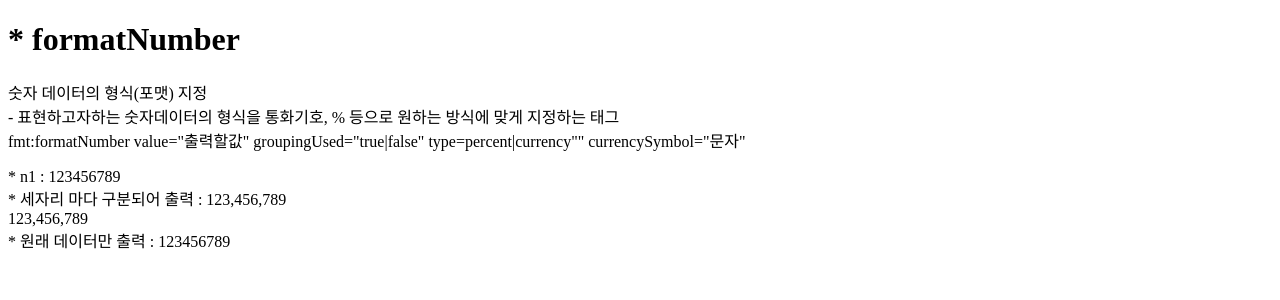
Repository: kkh1396/kh_front
Page: http://localhost/2_jsp/views/4_CustomAction/3_fmt.jsp
These files come from the project's save history. The page is drawn as it stood at one moment and after the next save; the edit follows.
The browser window is 1280 px wide. The pictures show the whole page.
The page is served by Tomcat 9. Nobody is signed in. The application's start-up code is not run.

Above is the page before, as saved 2025-03-21 06:44:44.

After the next save:
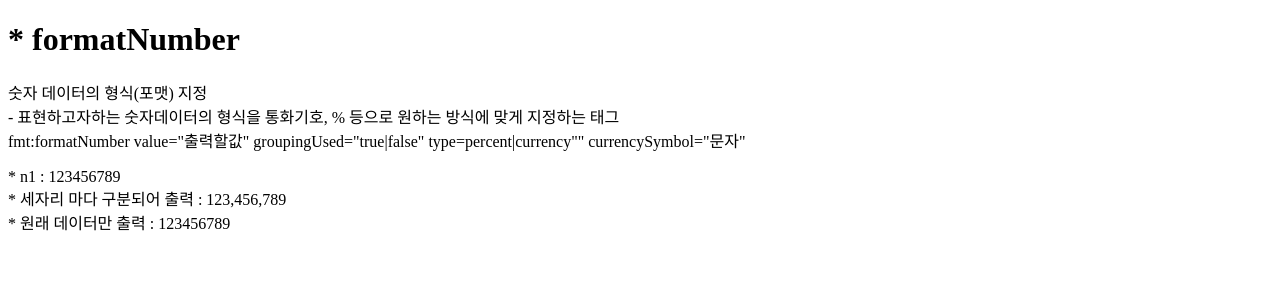
Saved 20 s later.
--- a/05_server/2_jsp/src/main/webapp/views/4_CustomAction/3_fmt.jsp
+++ b/05_server/2_jsp/src/main/webapp/views/4_CustomAction/3_fmt.jsp
@@ -28,7 +28,7 @@
 
 		* n1 : ${ n1 } <br>
 		* 세자리 마다 구분되어 출력 : <fmt:formatNumber value="${ n1 }"/> <br>
-		<fmt:formatNumber value="${ n1 }" groupingUsed="true" /> <br>
+		<%--  <fmt:formatNumber value="${ n1 }" groupingUsed="true" /> <br>  --%>
 		* 원래 데이터만 출력 :  <fmt:formatNumber value="${ n1 }" groupingUsed="false" />
 
 
